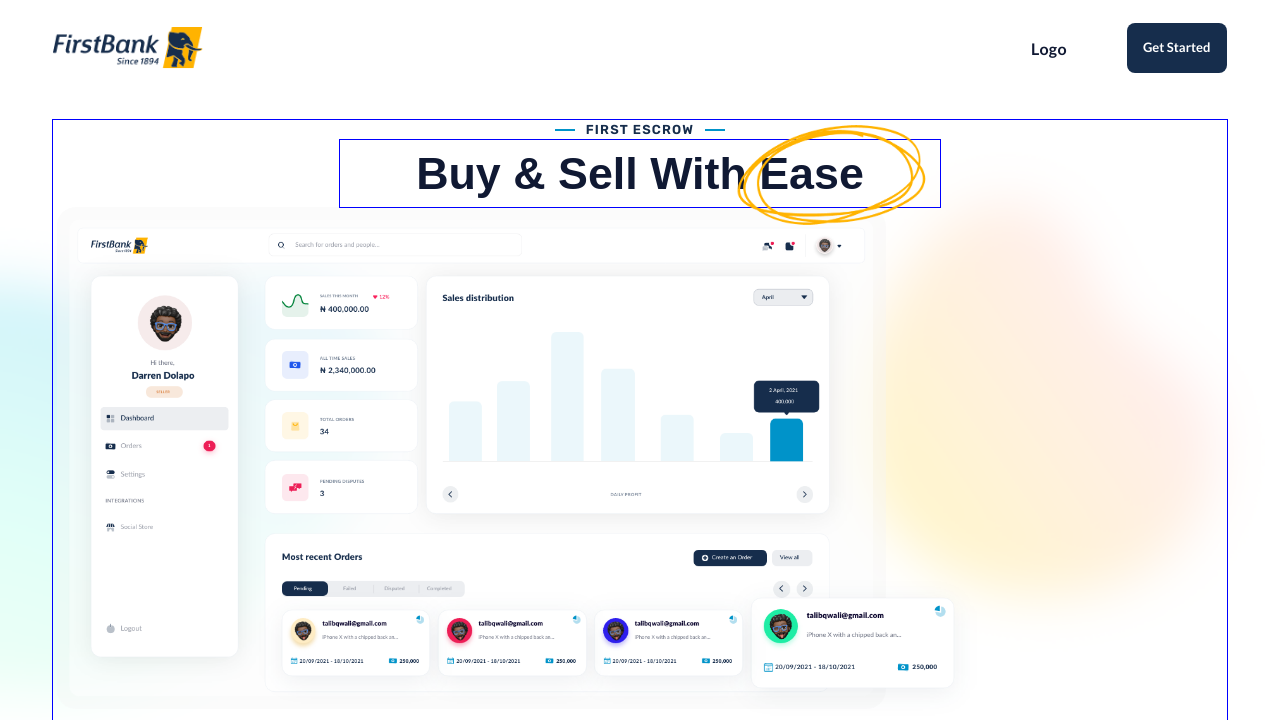
Repository: Pepperest-dev/First_Escrow_Home
Page: index.html
An editor plug-in stored every save of this project. The page is shown before and after a run of saves, followed by the edit.
The browser window is 1280 px wide. The pictures show the whole page.

Above is the page before, as saved 2021-09-25 21:13:08.

### index.html
<!DOCTYPE html>
<html lang="en">
  <head>
    <meta charset="UTF-8" />
    <meta http-equiv="X-UA-Compatible" content="IE=edge" />
    <meta name="viewport" content="width=device-width, initial-scale=1.0" />
    <link rel="stylesheet" href="styles/styles.css" />
    <link rel="stylesheet" href="styles/mobileScreenStyles.css" />
    <link
      href="https://unpkg.com/tailwindcss@^2/dist/tailwind.min.css"
      rel="stylesheet"
    />
    <link
      rel="stylesheet"
      href="https://cdnjs.cloudflare.com/ajax/libs/font-awesome/4.7.0/css/font-awesome.min.css"
    />
    <link rel="preconnect" href="https://fonts.googleapis.com" />
    <link rel="preconnect" href="https://fonts.gstatic.com" crossorigin />
    <link
      href="https://fonts.googleapis.com/css2?family=Lato:wght@100;300;400;700&family=Rubik:wght@400;500;600;700&display=swap"
      rel="stylesheet"
    />
    <title>First Escrow</title>
  </head>
  <body>
    <!-- Create a container wrapper to  -->
    <div class="container w-screen">
      <!-- create a container to keep everything contained in a certain width -->
      <!-- create the Navbar -->
      <!-- Do the font setup from google fonts -->
      <!-- make the navbar responsive -->
      <!-- create the hero section -->
      <!-- work on the what can we do or you ssection -->
      <!-- Work on how does first escrow  works-->
      <!-- work on refund is guranteed  section  -->
      <!-- how it works in simple steps section -->
      <!-- work on the footer section -->
      <header class="banner h-12/12 overflow-hidden">
        <nav
          class="
            h-24
            flex
            justify-between
            items-center
            md:w-11/12 md:p-0
            px-7
            mx-auto
            mb-6
          "
        >
          <a href="/">
            <img
              src="/assets/imgs/firstBank_logo.png"
              alt="First Bank Logo"
              class="BrandLogo cursor-pointer"
            />
          </a>

          <ul class="md:flex hidden w-2/12 h-full justify-between items-center">
            <li class="loginLink"><a href="#">Logo</a></li>
            <li>
              <button class="getStartedBtn hover:drop-shadow-xl">
                Get Started
              </button>
            </li>
          </ul>

          <div id="hambugger" class="hambugger cursor-pointer md:hidden">
            <i id="menuToggler" class="fa fa-2x fa-bars"></i>
          </div>
        </nav>

        <main class="md:w-11/12 outline md:p-0 px-7 mx-auto">
          <article>
            <p
              class="
                text-center
                mx-auto
                flex
                justify-around
                items-center
                firstEscrow
              "
            >
              First Escrow
            </p>
            <h1 class="mainTitle mx-auto outline">
              Buy & Sell With <span class="easeElipses">Ease</span>
              <img
                src="/assets/icons/bigEaseElipses.png"
                alt="elipses"
                class="elipses"
              />
            </h1>
          </article>
          <img
            src="/assets/imgs/dashboardMockup.png"
            class="dashboardImg"
            alt="dashboard mockup"
          />
        </main>
        <!-- <h1>First Escrows</h1> -->
      </header>
    </div>
    <script src="js/app.js"></script>
  </body>
</html>

### Styles/styles.css
* {
  margin: 0;
  padding: 0;
  border: 0;
  font-size: 16px;
  text-decoration: none;
  font: inherit;
  vertical-align: baseline;
  box-sizing: border-box;
}

/* Colors varable declaration */
:root {
  --whiteBgColor: #ffffff;
  --BtnBgColor: #162d4c;
  --lightBlueColor: #0093c9;
  --yellowPrimaryColor: #ffb300;
  --boxesTextColor: #707070;
  --darkBlueTextColor: #101933;
  --bannerTextColor: #707585;
  --lightGreenColor: #28a745;
  --inputFieldBorderColor: #d8dade;
  --footerBackgroundColor: #f6f6f7;
  --footerTextColor: #040c22;
  --latoFontFamily: "Lato", sans-serif;
  --rubikFontFamily: "Rubik", sans-serif;
  --arialFontFamily: "Arial", sans-serif;
}

.banner {
  background-image: url(../assets/imgs/overlayBackground.png);
  height: 100vh;
  width: 100vw;
  background-position: center;
  background-repeat: no-repeat;
  background-size: cover;
}
.dashboardImg {
  width: 80%;
  height: auto;
  /* margin: 3rem auto; */
}

.container {
  background-color: var(--whiteBgColor);
}

.BrandLogo {
  width: 150px;
  object-fit: contain;
  height: 45px;
}

.outline {
  outline: 1px solid blue;
}

.loginLink {
  font: normal normal 600 16px/19px Lato;
  letter-spacing: 0.32px;
  font-family: var(--latoFontFamily);
  font-style: normal;
  font-weight: 600;
  color: var(--darkBlueTextColor);
}

.loginLink:hover {
  opacity: 0.8;
  transition: all ease-in-out 350ms;
}

.getStartedBtn {
  border-radius: 8px;
  background-color: var(--BtnBgColor);
  width: 100px;
  height: 50px;
  color: var(--whiteBgColor);
  font-family: var(--latoFontFamily);
  text-align: center;
  font-size: 13px;
  font-weight: 600;
}

.getStartedBtn:hover {
  opacity: 0.8;
  transition: all ease-in-out 350ms;
}

.firstEscrow {
  letter-spacing: 1.2px;
  color: var(--BtnBgColor);
  text-transform: uppercase;
  font-family: var(--rubikFontFamily);
  font-size: 13px;
  font-weight: 600;
  width: 180px;
}

.firstEscrow::before {
  content: "";
  display: flex;
  width: 20px;
  border: 1px solid var(--lightBlueColor);
  background-color: var(--lightBlueColor);
}
.firstEscrow::after {
  content: "";
  display: flex;
  width: 20px;
  background-color: var(--lightBlueColor);
  border: 1px solid var(--lightBlueColor);
}
.mainTitle {
  text-align: center;
  color: var(--darkBlueTextColor);
  font-family: var(--arialFontFamily);
  font-weight: 700;
  font-size: 2.8rem;
  width: 600px;
  position: relative;
}

.easeElipses {
  background-image: url(../assets/icons/bigEaseElipses.png);
  background-repeat: no-repeat;
  background-position: center;
  /* background-size: c; */
  object-fit: cover;
}

.elipses {
  position: absolute;
  width: 192px;
  top: -21px;
  right: 2%;
}

### Styles/mobileScreenStyles.css
@media screen and (max-width: 600px) {
  .banner {
    background-size: contain;
  }
  .dashboard {
    width: 100%;
    height: auto;
    /* margin: 3rem auto; */
  }

  .BrandLogo {
    width: 100px;
  }

  .toggle{
    transition: opacity ease-in-out;
  }
}

### Js/app.js
const hambugger = document.querySelector("#hambugger");
console.log(hambugger);

const menu = document.querySelector("#menuToggler");

hambugger.addEventListener("click", () => {
  if (menu.classList.contains("fa-bars")) {
    menu.classList.remove("fa-bars");
    menu.classList.add("fa-times");
  } else if (menu.classList.contains("fa-times")) {
    menu.classList.remove("fa-times");
    menu.classList.add("fa-bars");
  }
  hambugger.classList.toggle("toggle");
});

After the next 2 saves:
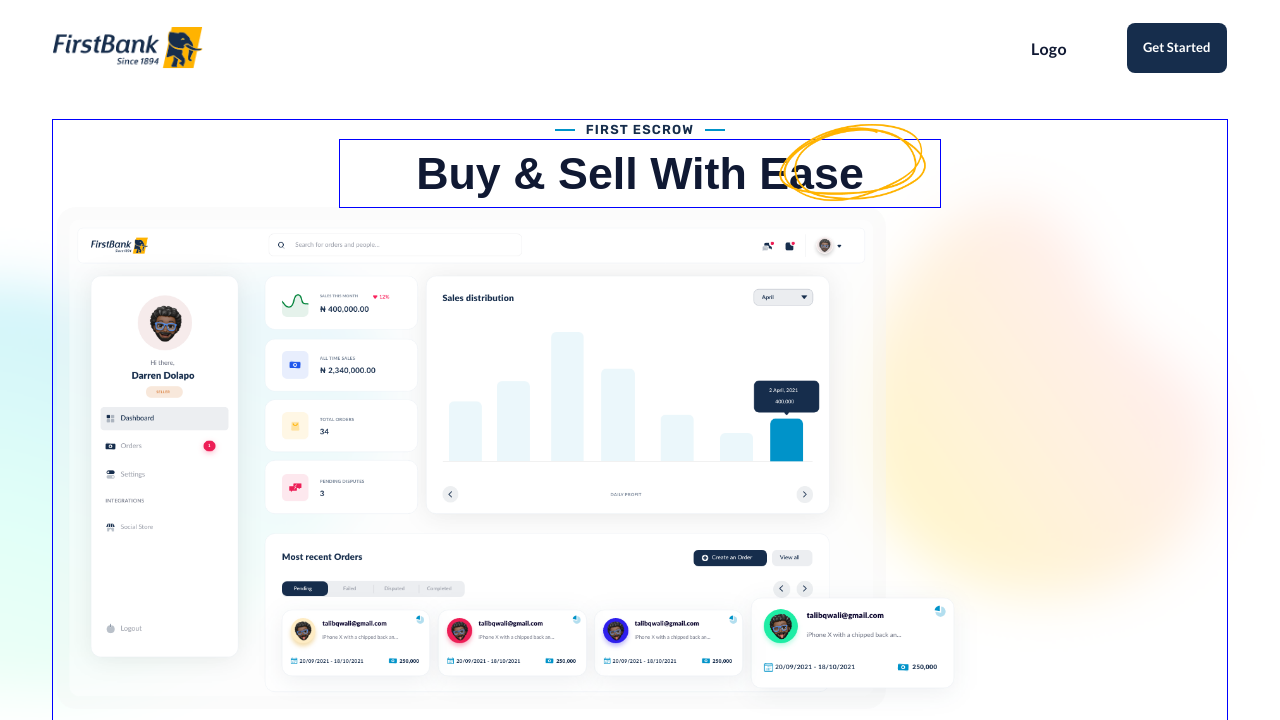
The 2 saves are shown as one change because they came seconds apart.
The last was saved 20 s later.
--- a/Styles/styles.css
+++ b/Styles/styles.css
@@ -130,7 +130,7 @@
 
 .elipses {
   position: absolute;
-  width: 192px;
+  width: 150px;
   top: -21px;
   right: 2%;
 }
